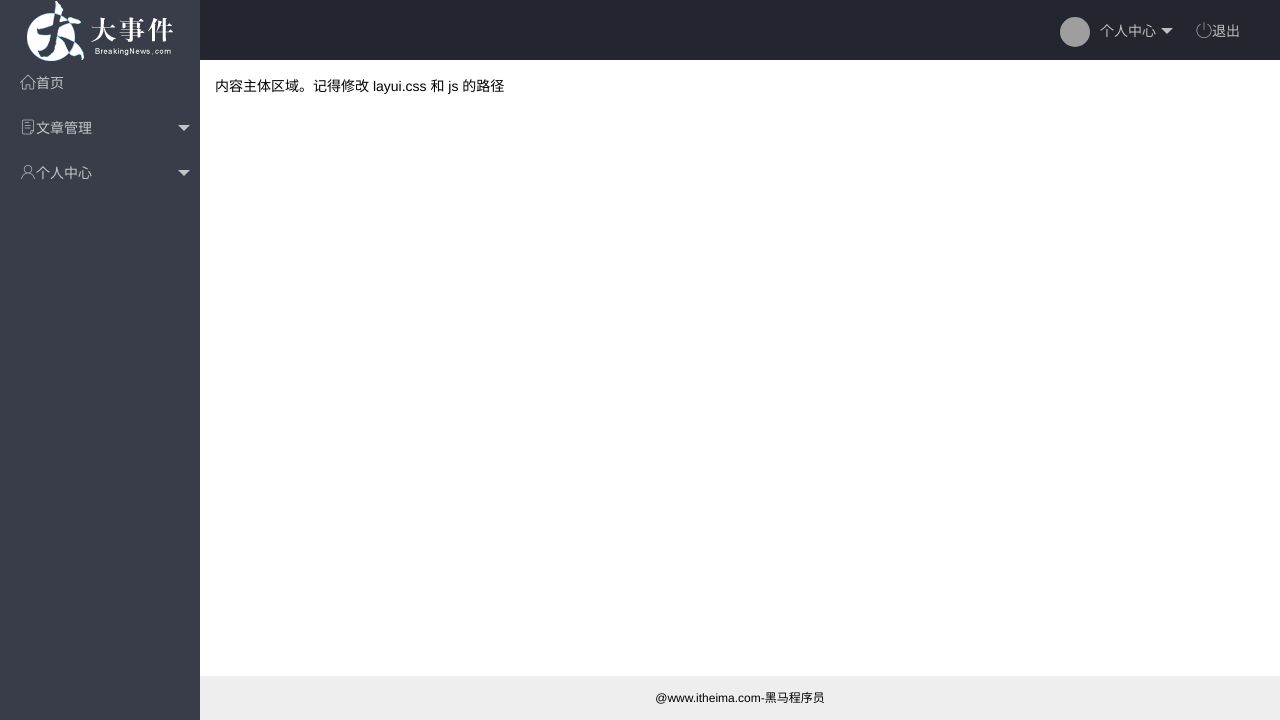
Repository: Janshen111/web_bigevent
Page: index.html
The author's editor kept a copy of each file at every save. The page is drawn from the files as they stood at one save, then again after the next save.
The browser window is 1280 px wide. The pictures show the whole page.
Pictures or frames that could not be fetched are drawn as grey boxes.

Above is the page before, as saved 2022-08-31 15:45:54.

### index.html
<!DOCTYPE html>
<html lang="en">

<head>
    <meta charset="UTF-8">
    <meta http-equiv="X-UA-Compatible" content="IE=edge">
    <meta name="viewport" content="width=device-width, initial-scale=1.0">
    <title>Document</title>
    <!-- 导入laYui的样式 -->
    <link rel="stylesheet" href="./assets/lib/layui/css/layui.css">
    <!-- 第三方图标样式表 -->
    <link rel="stylesheet" href="./assets/fonts/iconfont.css">
    <!-- 导入自己的样式表 -->
    <link rel="stylesheet" href="./assets/css/index.css">
    <script src=""></script>
</head>

<body>
    <div class="layui-layout layui-layout-admin">
        <div class="layui-header">
            <div class="layui-logo layui-hide-xs layui-bg-black">
                <img src="./assets/images/logo.png" alt="" />
            </div>
            <!-- 头部区域（可配合layui 已有的水平导航） -->
            <dl class="layui-nav-child">
                <dd><a href="">menu 11</a></dd>
                <dd><a href="">menu 22</a></dd>
                <dd><a href="">menu 33</a></dd>
            </dl>
            </li>
            </ul>
            <ul class="layui-nav layui-layout-right">
                <li class="layui-nav-item layui-hide layui-show-md-inline-block">
                    <a href="javascript:;">
                        <img src="//tva1.sinaimg.cn/crop.0.0.118.118.180/5db11ff4gw1e77d3nqrv8j203b03cweg.jpg" class="layui-nav-img">个人中心
                    </a>
                    <dl class="layui-nav-child">
                        <dd><a href="">基本资料</a></dd>
                        <dd><a href="">更换头像</a></dd>
                        <dd><a href="">重置密码</a></dd>
                    </dl>
                </li>
                <li class="layui-nav-item">
                    <a href="javascript:;">
                        <span class="iconfont icon-tuichu"></span>退出
                    </a>
                </li>
            </ul>
        </div>

        <div class="layui-side layui-bg-black">
            <div class="layui-side-scroll">
                <!-- 左侧导航区域（可配合layui已有的垂直导航） -->
                <ul class="layui-nav layui-nav-tree " lay-shrink="all">
                    <li class="layui-nav-item"><a href="javascript:;"><span class="iconfont icon-home"></span>首页</a></li>
                    <!-- 默认展开layui-nav-itemed -->
                    <li class="layui-nav-item">
                        <a class="" href="javascript:;"><span class="iconfont icon-16"></span>文章管理</a>
                        <dl class="layui-nav-child">
                            <dd><a href="javascript:;">文章类别</a></dd>
                            <dd><a href="javascript:;">文章列表</a></dd>
                            <dd><a href="javascript:;">发布文章</a></dd>
                        </dl>
                    </li>
                    <li class="layui-nav-item">
                        <a href="javascript:;"><span class="iconfont icon-user"></span>个人中心</a>
                        <dl class="layui-nav-child">
                            <dd><a href="javascript:;">基本资料</a></dd>
                            <dd><a href="javascript:;">更换头像</a></dd>
                            <dd><a href="javascript:;">重置密码</a></dd>
                        </dl>
                    </li>
                </ul>
            </div>
        </div>

        <div class="layui-body">
            <!-- 内容主体区域 -->
            <div style="padding: 15px;">内容主体区域。记得修改 layui.css 和 js 的路径</div>
        </div>

        <div class="layui-footer">
            <!-- 底部固定区域 -->
            @www.itheima.com-黑马程序员
        </div>
    </div>
    <!-- 导入laYui的JS文件 -->
    <script src="./assets/lib/layui/layui.all.js"></script>
</body>

</html>

### assets/css/index.css
.layui-footer {
    text-align: center;
    font-size: 12px;
}

Loaded but not shown: assets/lib/layui/css/layui.css (library); assets/fonts/iconfont.css (common file); assets/lib/layui/layui.all.js (library); assets/lib/layui/css/modules/laydate/default/laydate.css (library); assets/lib/layui/css/modules/layer/default/layer.css (library); assets/lib/layui/css/modules/code.css (common file)

After the next save:
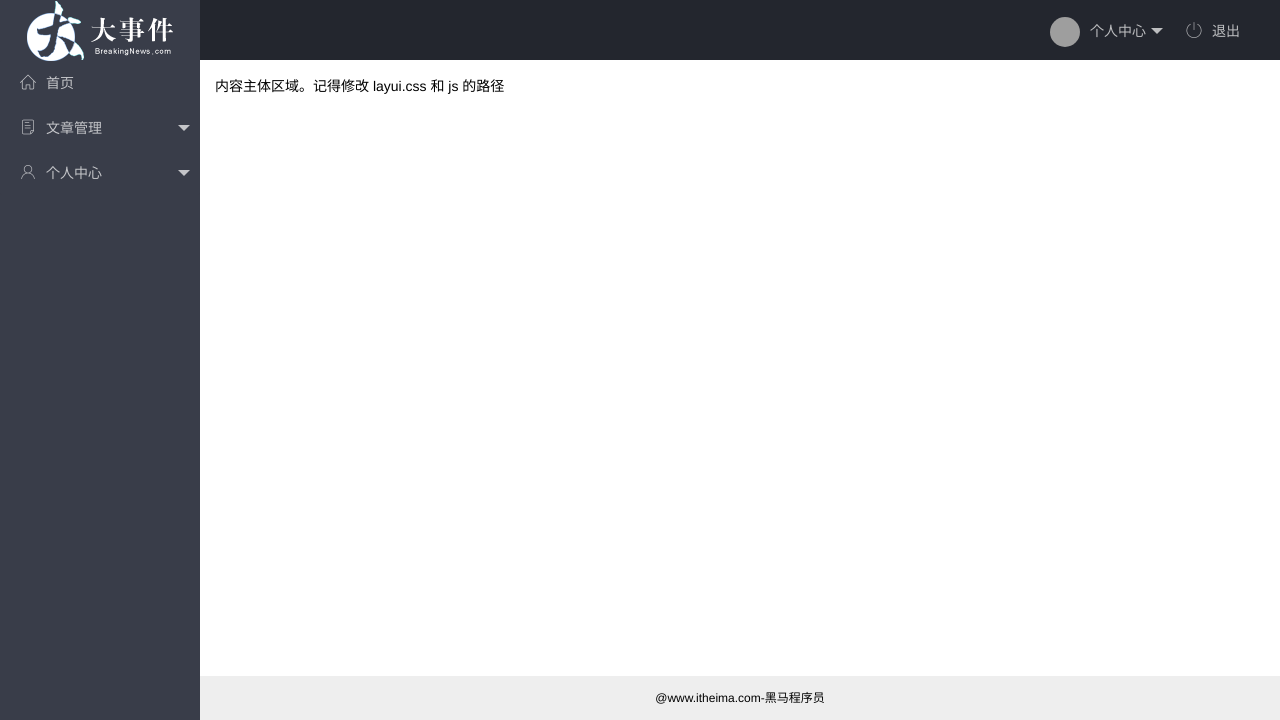
Saved 48 s later.
--- a/assets/css/index.css
+++ b/assets/css/index.css
@@ -2,3 +2,7 @@
     text-align: center;
     font-size: 12px;
 }
+
+.iconfont {
+    margin-right: 10px;
+}
